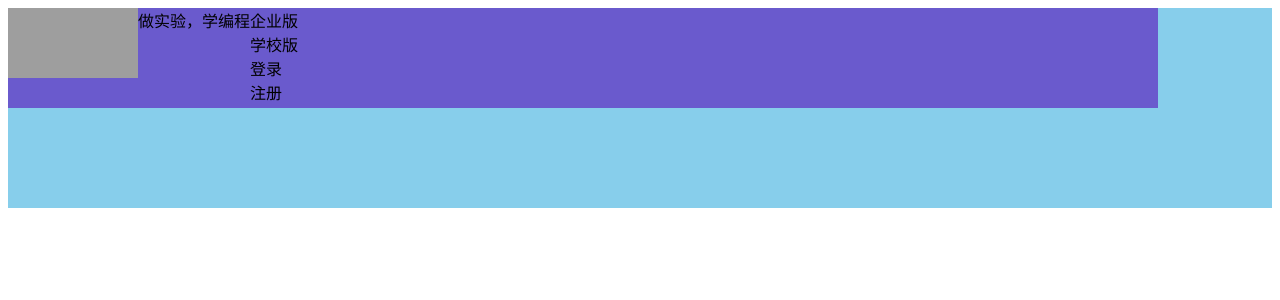
Repository: wuguozheng/xxbb
Page: /
The author's editor kept a copy of each file at every save. The page is drawn from the files as they stood at one save, then again after the next save.
The browser window is 1280 px wide. The pictures show the whole page.
Pictures or frames that could not be fetched are drawn as grey boxes. The project was rebuilt for these pictures with package versions that can differ from the ones it lists, and the page was loaded fresh each time.

Above is the page before, as saved 2020-06-01 11:48:31.

### src/App.vue
<template>
  <div id="app">

    <router-view/>
  </div>
</template>

<style lang="scss">

</style>

### src/views/Home.vue
<template>
 <div>
    <mxs1></mxs1>
 </div>
</template>

<script>
import Mxs1 from '../components/home/Mxs1'
 export default {
   name: '',
   props: {
   },
   components: {
     Mxs1,
   },
   data () {
     return {

     }
   },
   methods: {

   },
   mounted() {

   },
   watch: {

   },
   computed: {

   }
 }
</script>

<style scoped lang='scss'>

</style>

### src/components/home/Mxs1.vue
<template>
 <div>
   <div class="rap">
     <div class="rap-1">
       <img data-v-7629dae3="" src="https://static.shiyanlou.com/frontend/dist/img/9f43b00.svg" alt="实验楼" width="130" height="70">
       <div>做实验，学编程</div>
       <div class="rap-2">
         <div>企业版</div>
         <div class="tomi"></div>
         <div>学校版</div>
         <div>登录</div>
         <div>注册</div>
       </div>
     </div>
   </div>
 </div>
</template>

<script>

 export default {
   name: '',
   props: {
   },
   components: {

   },
   data () {
     return {

     }
   },
   methods: {

   },
   mounted() {

   },
   watch: {

   },
   computed: {

   }
 }
</script>

<style scoped lang='scss'>
.rap {
  width: 100%;
  height: 200px;
  background: skyblue;
}
.rap-1 {
  width: 1150px;
  height: 100px;
  background: slateblue;
  display: flex;
}
</style>

Loaded but not shown: src/main.js (common file); src/router/index.js (common file); src/store/index.js (common file)

After the next save:
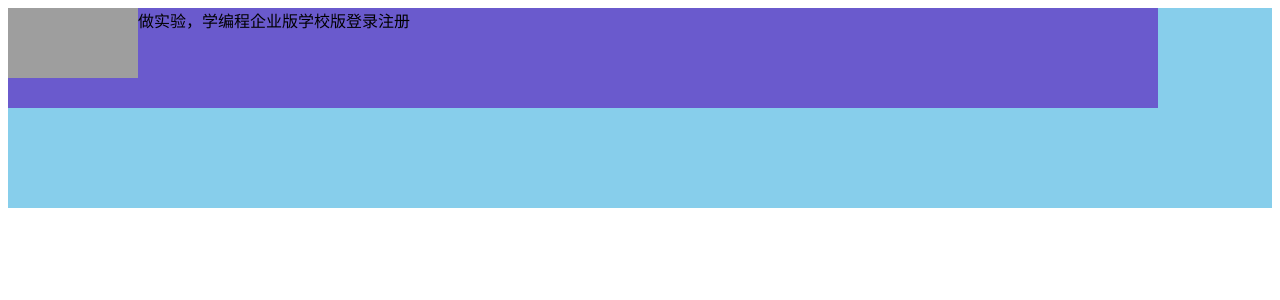
Saved 117 s later.
--- a/src/components/home/Mxs1.vue
+++ b/src/components/home/Mxs1.vue
@@ -57,4 +57,7 @@
   background: slateblue;
   display: flex;
 }
+.rap-2 {
+  display: flex;
+}
 </style>
